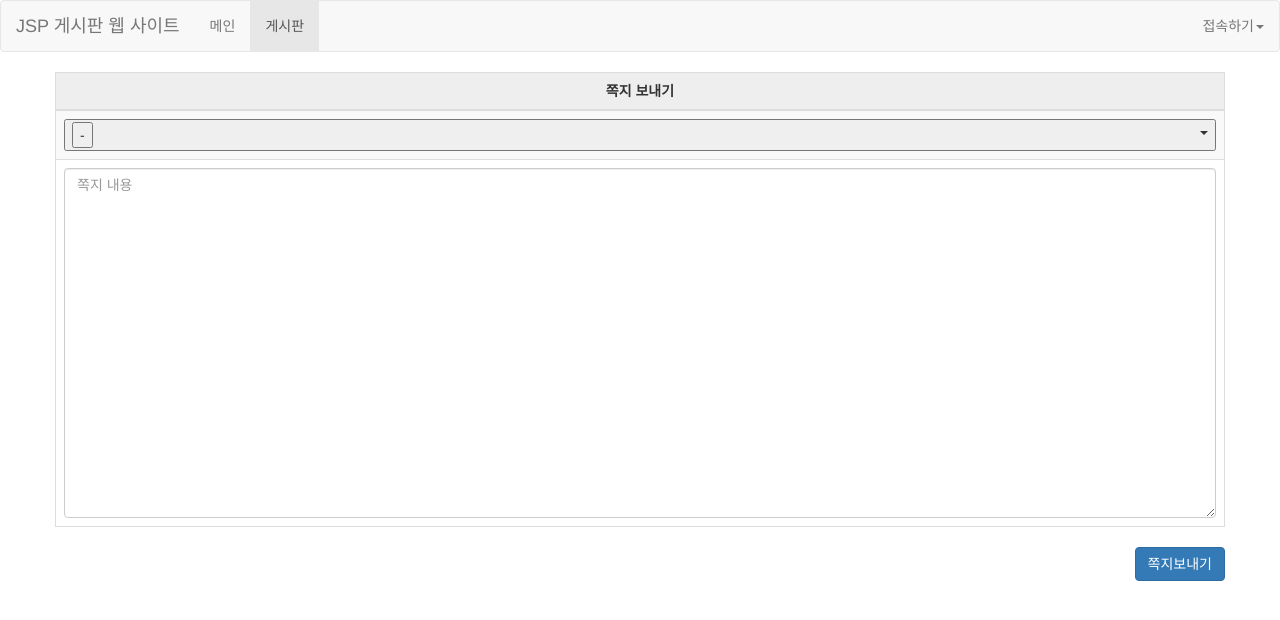
Repository: lihs3443/JSP-Board-System
Page: http://localhost/BBS/messageWrite.jsp
The author's editor kept a copy of each file at every save. The page is drawn from the files as they stood at one save, then again after the next save.
The browser window is 1280 px wide. The pictures show the whole page.
Some web libraries are served in a nearby version. The page is served by Tomcat 9. Other server files are loaded and not shown. Queries for data that is not in the repository find no rows.

Above is the page before, as saved 2022-11-20 09:13:40.

### BBS/WebContent/messageWrite.jsp
<%@page import="user.UserDAO"%>
<%@page import="java.util.ArrayList"%>
<%@ page language="java" contentType="text/html; charset=UTF-8"
    pageEncoding="UTF-8"%>
<%@ page import="user.UserDAO"%>
<%@ page import="user.User"%>
<%@ page import="java.io.PrintWriter" %>
<!DOCTYPE html>
<html>
<head>
<meta charset="UTF-8">
<meta name="viewport" content="width=device-width", initial-scale="1">
<link rel="stylesheet" href="css/bootstrap.css">
<title>JSP 게시판 웹 사이트</title>
</head>
<body>
	<%
		String userID = null;
		if(session.getAttribute("userID") != null){
			userID = (String)session.getAttribute("userID");
		}
	%>

	<nav class="navbar navbar-default"> <!-- 웹사이트 전반적인 구성 -->
		<div class="navbar-header"> <!-- 로고같은 것을 담는 영역 -->
			<!-- 화면이 작아졌을 때 버튼 생성 : 버튼 작대기 3개 -->
			<button type="button" class="navbar-toggle collapsed"
				data-toggle="collapse" data-target="#bs-example-navbar-collapse-1"
				aria-expended="false">
				<span class="icon-bar"></span>
				<span class="icon-bar"></span>
				<span class="icon-bar"></span>
				</button>
				<a class="navbar-brand" href="main.jsp">JSP 게시판 웹 사이트</a>
		</div>
		<div class="collapse navbar-collapse" id="bs-example-navbar-collapse-1"><!-- 버튼 데이터 타겟으랑 같은 것으로 입력 -->
			<ul class="nav navbar-nav"> <!-- 리스트 -->
				<li><a href="main.jsp">메인</a></li>
				<li class="active"><a href="bbs.jsp">게시판</a></li>
			</ul>
			<%
				if(userID == null){
			%>
			<ul class="nav navbar-nav navbar-right">
				<li class="dropdown">
					<a href="#" class="dropdown-toggle"
						data-toggle="dropdown" role="button" aria-haspopup="true"
						aria-expanded="false">접속하기<span class="caret"></span></a>
					<ul class="dropdown-menu">
						<li><a href="login.jsp">로그인</a></li>
						<li><a href="join.jsp">회원가입</a></li>
					</ul>
				</li>
			</ul>
			<%
				}
				else {
			%>
			<ul class="nav navbar-nav navbar-right">
				<li class="dropdown">
					<a href="#" class="dropdown-toggle"
						data-toggle="dropdown" role="button" aria-haspopup="true"
						aria-expanded="false">회원관리<span class="caret"></span></a>
					<ul class="dropdown-menu">
						<li><a href="commentList.jsp">내 댓글보기</a>
					<%
					if(userID.equals("admin")){
					%>
						<li><a href="admin.jsp">관리하기</a>
					<%
					}
					%>
						<li><a href="logoutAction.jsp">로그아웃</a></li>
					</ul>
				</li>
			</ul>
			<%
				}
			%>
		</div>
	</nav>
	<div class="container">
		<div class="row">
			<form method="post" action="messageWriteAction.jsp">
				<table class="table table-striped" style="text-align: center; border: 1px solid #dddddd">
					<thead>
						<tr>
							<th colspan="2" style="background-color: #eeeeee; text-align: center;">쪽지 보내기</th>
						</tr>
					</thead>
					<tbody>
						<script>
							function showUser(v){
							document.getElementById("message-userName").innerText = v;
						}
						</script>
						<%
							UserDAO userDAO = new UserDAO();
							ArrayList<User> list = userDAO.getUser();
						%>
						<tr>
							<td>
								<span class="dropdown">
									<button class="dropdown-toggle" data-toggle="dropdown" role="button" aria-haspopup="true" aria-expanded="false" style="width: 100%; text-align: right;"><input type="button" id="message-userName" name="userID" value="-" style="display: inline-block; float: left;"><span class="caret"></span></button>
									<ul class="dropdown-menu">
										<%
											for(int i = 0;i<list.size();i++){
										%>
										<li><a class="message-userName-item" onclick="showUser(this.innerText)"><%=list.get(i).getUserName() %></a></li>
										<%
										}
										%>
									</ul>
								</span>
							</td>
						</tr>
						<tr>
							<td><textarea class="form-control" placeholder="쪽지 내용" name="messageContent" maxlength="1024" style="height: 350px;"></textarea></td>
						</tr>
					</tbody>
				</table>
				<input type="submit" class="btn btn-primary pull-right" value="쪽지보내기">
			</form>
		</div>
	</div>
	<script src="http://code.jquery.com/jquery-3.1.1.min.js"></script>
	<script src="js/bootstrap.js"></script>
</body>
</html>

### BBS/src/user/UserDAO.java
// DAO 데이터베이스 접근 객체
// 회원정보 입출력용

package user;

import java.sql.Connection;
import java.sql.DriverManager;
import java.sql.PreparedStatement;
import java.sql.ResultSet;
import java.util.ArrayList;

public class UserDAO {
	private Connection conn;
	private PreparedStatement pstmt; // 해킹기법을 방어하기 위한 수단
	private ResultSet rs;

	// mysqㅣ 접속
	public UserDAO(){
		try {
			String dbURL = "jdbc:mysql://localhost:3306/BBS";
			String dbID = "bbs";
			String dbPassword = "1234";
			Class.forName("com.mysql.jdbc.Driver"); // mysql에 접속하게 해주는 라이브러리 매개체
			conn = DriverManager.getConnection(dbURL,dbID,dbPassword);
		} catch (Exception e) {
			e.printStackTrace();
		}
	}

	// 로그인 함수
	public int login(String userID, String userPassword){
		String SQL = "select userPassword from user where userID = ?;";
		try {
			pstmt = conn.prepareStatement(SQL);
			pstmt.setString(1, userID); // 입력한 아이디를 쿼리에 입력
			rs = pstmt.executeQuery(); // 아이디가 있다면 결과 저장
			if (rs.next()) {
				if(rs.getString(1).equals(userPassword)){
					return 1; // 로그인 성공
				}
				else {
					return 0; // 비밀번호 불일치
				}
			}
			return -1; // 아이디 없음
		} catch (Exception e) {
			e.printStackTrace();
		}
		return -2; // 데이터베이스 오류
	}

	// 회원가입 함수
	public int join(User user) {
		String SQL = "insert into user values(?,?,?,?,?);"; // insert문은 반드시 0 이상의 숫자를 반환함
		try {
			pstmt = conn.prepareStatement(SQL);
			pstmt.setString(1, user.getUserID());
			pstmt.setString(2, user.getUserPassword());
			pstmt.setString(3, user.getUserName());
			pstmt.setString(4, user.getUserGender());
			pstmt.setString(5, user.getUserEmail());
			return pstmt.executeUpdate();
		} catch (Exception e) {
			e.printStackTrace();
		}
		return -1;
	}

	public User getUser(String userID) {
		String SQL = "select * from user where userID=?;";
		User user = new User();
		try {
			pstmt = conn.prepareStatement(SQL);
			pstmt.setString(1, userID);
			rs = pstmt.executeQuery();
			rs.next();
			user.setUserID(rs.getString(1));
			user.setUserPassword(rs.getString(2));
			user.setUserName(rs.getString(3));
			user.setUserGender(rs.getString(4));
			user.setUserEmail(rs.getString(5));
		} catch (Exception e) {
			e.printStackTrace();
		}
		return user;
	}

	public ArrayList<User> getUser() {
		String SQL = "select * from user where userID!='admin';";
		ArrayList<User> list = new ArrayList<User>();
		try {
			pstmt = conn.prepareStatement(SQL);
			rs = pstmt.executeQuery();
			while(rs.next()) {
				User user = new User();
				user.setUserID(rs.getString(1));
				user.setUserPassword(rs.getString(2));
				user.setUserName(rs.getString(3));
				user.setUserGender(rs.getString(4));
				user.setUserEmail(rs.getString(5));
				list.add(user);
			}
		} catch (Exception e) {
			e.printStackTrace();
		}
		return list;
	}
}

Loaded but not shown: BBS/WebContent/css/bootstrap.css (library); BBS/WebContent/js/bootstrap.js (library)

After the next save:
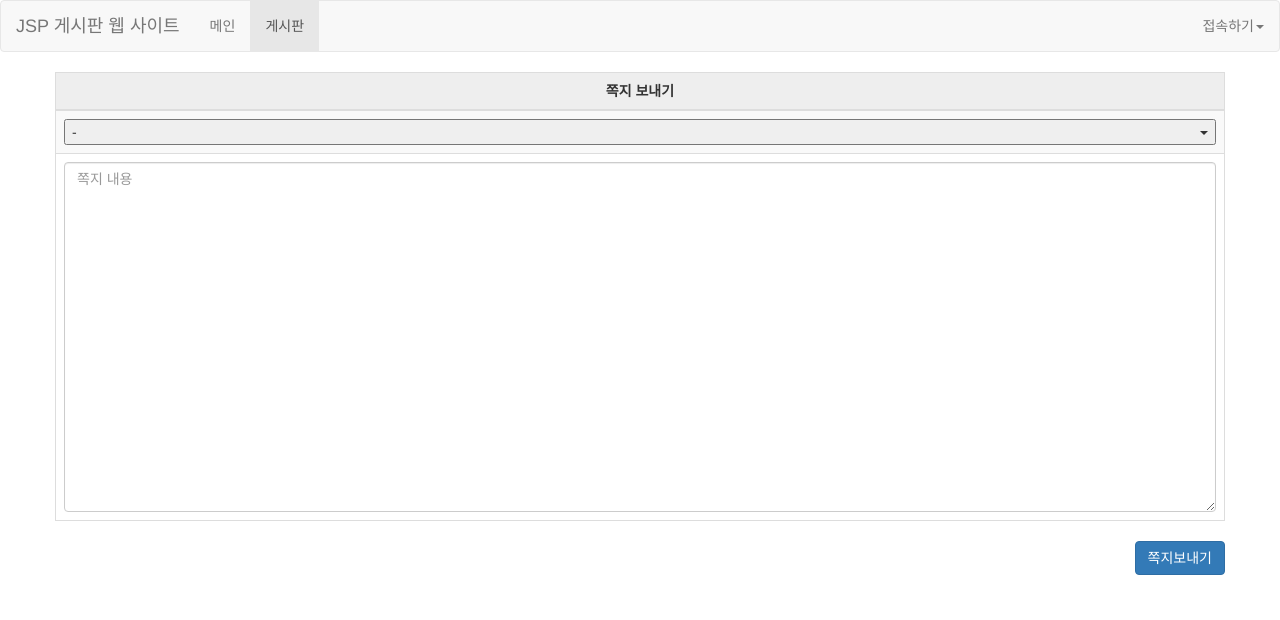
Saved 22 min 9 s later.
--- a/BBS/WebContent/messageWrite.jsp
+++ b/BBS/WebContent/messageWrite.jsp
@@ -101,7 +101,7 @@
 						<tr>
 							<td>
 								<span class="dropdown">
-									<button class="dropdown-toggle" data-toggle="dropdown" role="button" aria-haspopup="true" aria-expanded="false" style="width: 100%; text-align: right;"><input type="button" id="message-userName" name="userID" value="-" style="display: inline-block; float: left;"><span class="caret"></span></button>
+									<button class="dropdown-toggle" data-toggle="dropdown" role="button" aria-haspopup="true" aria-expanded="false" style="width: 100%; text-align: right;"><div id="message-userName" name="userID" style="display: inline-block; float: left;">-</div><span class="caret"></span></button>
 									<ul class="dropdown-menu">
 										<%
 											for(int i = 0;i<list.size();i++){
